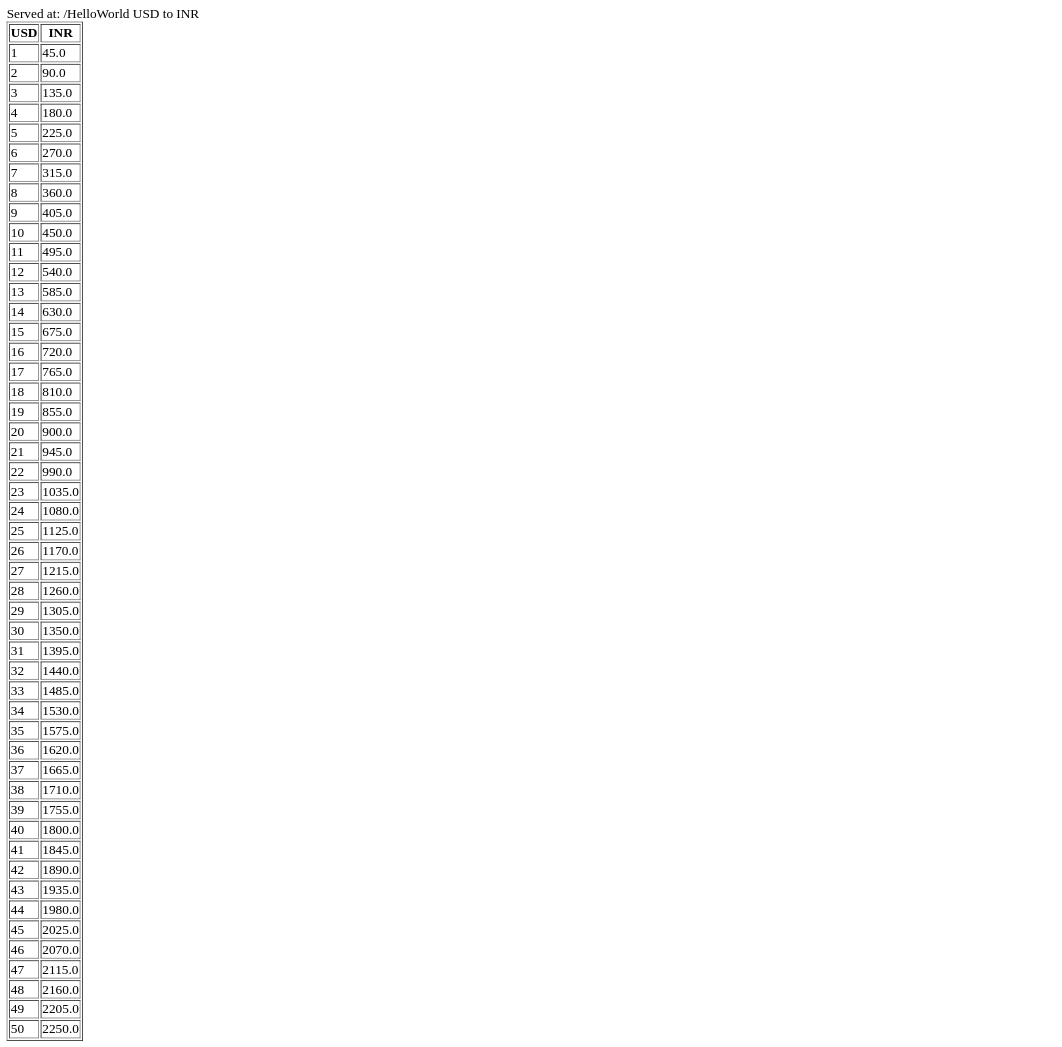
Repository: ajlazy/Day10
Page: http://localhost/HelloWorld/CurrencyConverterServlet
These files come from the project's save history. The page is drawn as it stood at one moment and after the next save; the edit follows.
The browser window is 1280 px wide. The pictures show the whole page, at 83% of full size.
The page is served by Tomcat 9. Other server files are loaded and not shown.

Above is the page before, as saved 2018-09-06 04:43:29.

### HelloWorld/src/com/capgemini/controller/CurrencyConverterServlet.java
package com.capgemini.controller;

import java.io.IOException;
import java.io.PrintWriter;

import javax.servlet.ServletException;
import javax.servlet.annotation.WebServlet;
import javax.servlet.http.HttpServlet;
import javax.servlet.http.HttpServletRequest;
import javax.servlet.http.HttpServletResponse;

/**
 * Servlet implementation class CurrencyConverterServlet
 */
@WebServlet("/CurrencyConverterServlet")
public class CurrencyConverterServlet extends HttpServlet {
	private static final long serialVersionUID = 1L;

    /**
     * @see HttpServlet#HttpServlet()
     */
    public CurrencyConverterServlet() {
        super();
        // TODO Auto-generated constructor stub
    }
    double inr,usd;

	/**
	 * @see HttpServlet#doGet(HttpServletRequest request, HttpServletResponse response)
	 */
	protected void doGet(HttpServletRequest request, HttpServletResponse response) throws ServletException, IOException {
		response.getWriter().append("Served at: ").append(request.getContextPath());
		response.setContentType("text/html");
		PrintWriter writer=response.getWriter();
        writer.println(" USD to INR");
        writer.println("<table border='1'><tr><th>USD</th><th>INR</th></tr>");
        for(int i=1;i<=50;i++)
        {
        	inr=45*i;
        	writer.println("<tr><td>" +i+"</td><td>" +inr +"</td></tr>");

        }
        writer.println("</table");



	}



	}

After the next save:
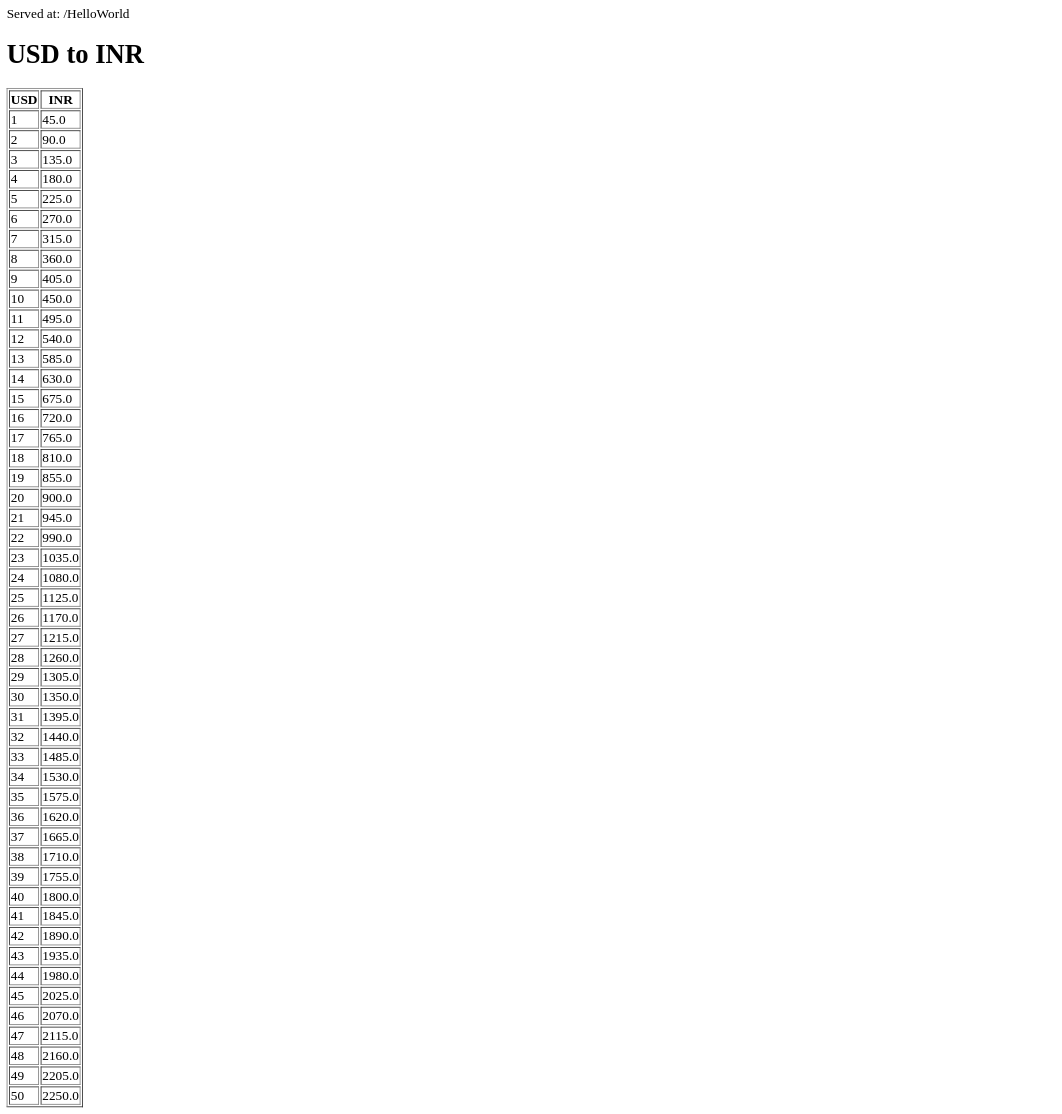
Saved 35 s later.
--- a/HelloWorld/src/com/capgemini/controller/CurrencyConverterServlet.java
+++ b/HelloWorld/src/com/capgemini/controller/CurrencyConverterServlet.java
@@ -32,7 +32,7 @@ public class CurrencyConverterServlet extends HttpServlet {
 		response.getWriter().append("Served at: ").append(request.getContextPath());
 		response.setContentType("text/html");
 		PrintWriter writer=response.getWriter();
-        writer.println(" USD to INR");
+        writer.println(" <h1>USD to INR</h1>");
         writer.println("<table border='1'><tr><th>USD</th><th>INR</th></tr>");
         for(int i=1;i<=50;i++)
         {
